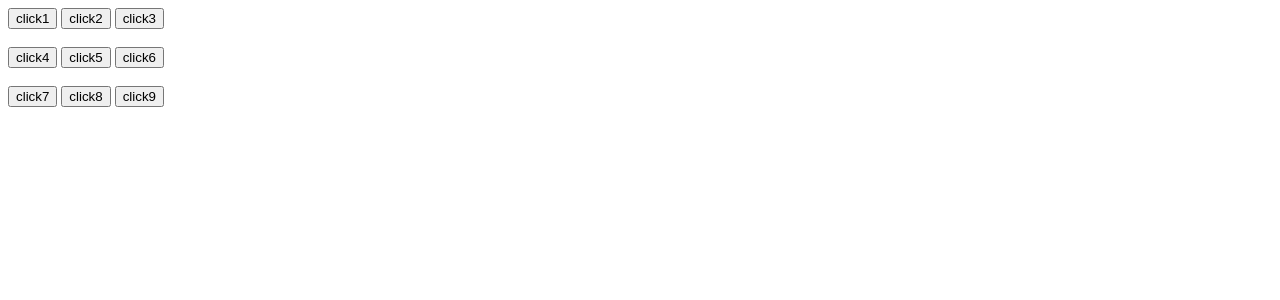
Repository: hong-bi/JsonStudy
Page: JsonApp01/WebContent/JsonTest10.html
An editor plug-in stored every save of this project. The page is shown before and after the next save, followed by the edit.
The browser window is 1280 px wide. The pictures show the whole page.

Above is the page before, as saved 2019-05-31 06:49:32.

After the next save:
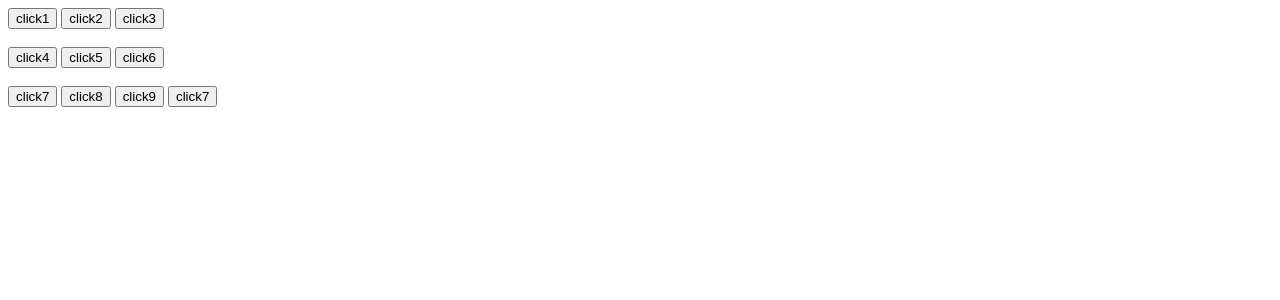
Saved 11 min 35 s later.
--- a/JsonApp01/WebContent/JsonTest10.html
+++ b/JsonApp01/WebContent/JsonTest10.html
@@ -38,4 +38,7 @@
 
 	<input type="button" value="click9" onclick="alert(obj6[1])">
 
+	<input type="button" value="click7" onclick="alert(obj6_1[0])">
+
+
 </form>
